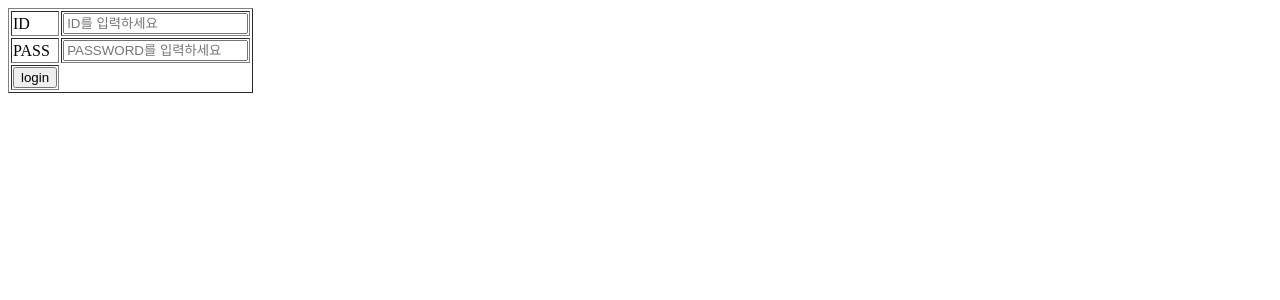
Repository: kdh4357065/3_highjava
Page: http://localhost/webTest/basic/session/sessionLogin.jsp
An editor plug-in stored every save of this project. The page is shown before and after the next save, followed by the edit.
The browser window is 1280 px wide. The pictures show the whole page.
The page is served by Tomcat 9.

Above is the page before, as saved 2023-03-30 04:40:29.

After the next save:
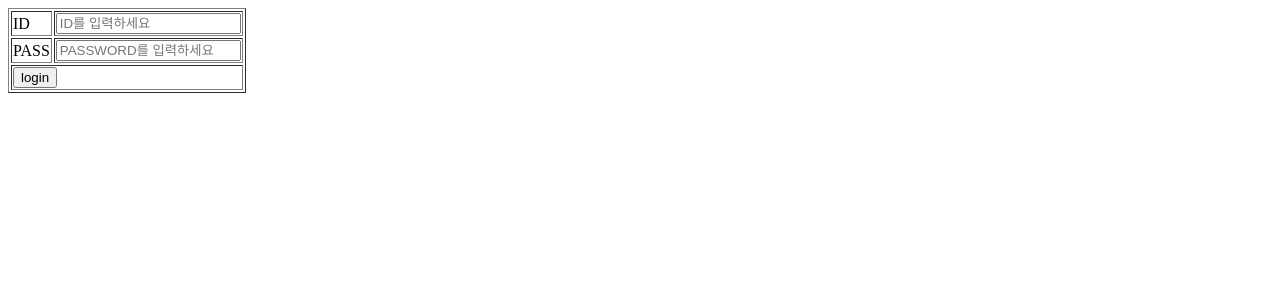
Saved 3 min 6 s later.
--- a/WorkSpace/webTest/src/main/webapp/basic/session/sessionLogin.jsp
+++ b/WorkSpace/webTest/src/main/webapp/basic/session/sessionLogin.jsp
@@ -27,7 +27,7 @@ boolean check = true;
 </tr>
 
 <tr>
-	<td><input type="submit" value="login"></td>
+	<td colspan="2"><input type="submit" value="login"></td>
 </tr>
 
 </table>
